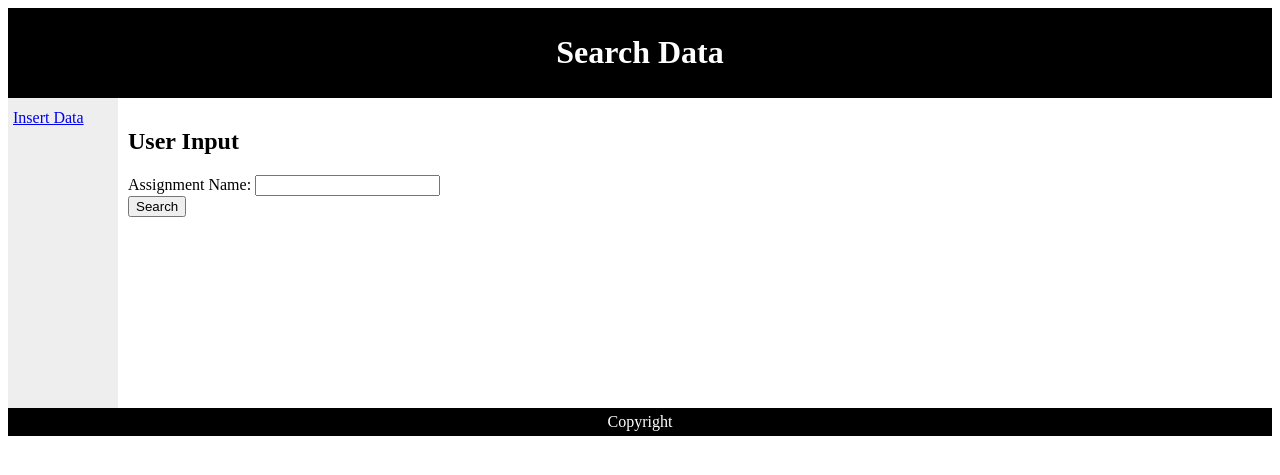
Repository: bpinkelman/Tech-Exercise
Page: planner-pinkelman/WebContent/AssignmentSearch.html
An editor plug-in stored every save of this project. The page is shown before and after the next save, followed by the edit.
The browser window is 1280 px wide. The pictures show the whole page.

Above is the page before, as saved 2020-02-28 00:43:16.

### planner-pinkelman/WebContent/AssignmentSearch.html
<html>
<head>
<style>
header {
    background-color:black;
    color:white;
    text-align:center;
    padding:5px;
}
nav {
    line-height:30px;
    background-color:#eeeeee;
    height:300px;
    width:100px;
    float:left;
    padding:5px;
}
section {
    width:350px;
    float:left;
    padding:10px;
}
footer {
    background-color:black;
    color:white;
    clear:both;
    text-align:center;
    padding:5px;
}
</style>
</head>

<body>
<header>
<h1> Search Data </h1>
</header>

<nav>
<a href="/planner-pinkelman/AssignmentInsert.html">Insert Data</a> <br>
</nav>

<section>
	<h1>User Input</h1>

	<form action="AssignmentSearch" method="POST">

		Assignment Name: <input type="text" name="keyword"> <br />

		<input type="submit" value="Search" />
	</form>

</section>

<footer>
Copyright
</footer>
</body>
</html>

After the next save:
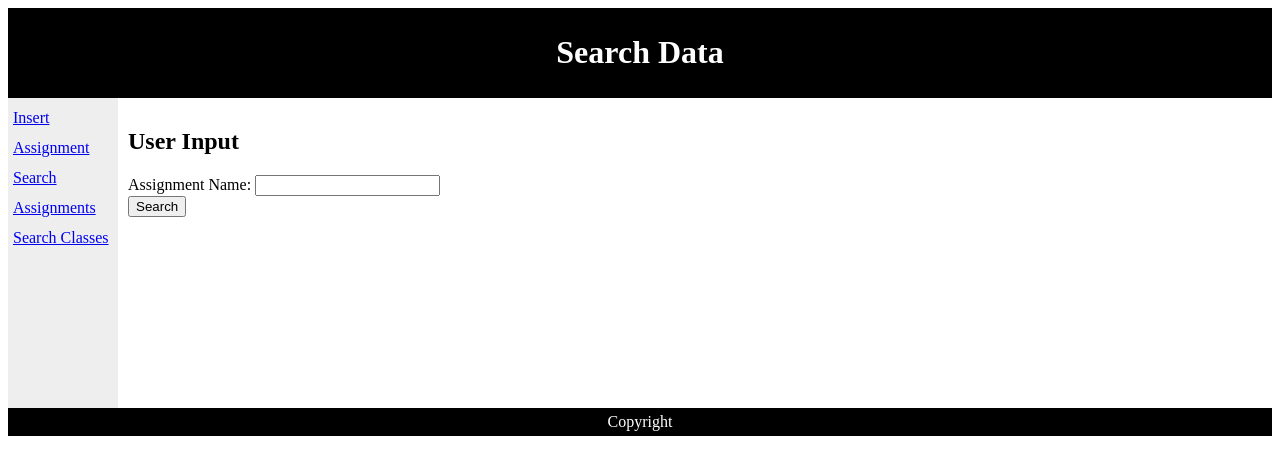
Saved 14 s later.
--- a/planner-pinkelman/WebContent/AssignmentSearch.html
+++ b/planner-pinkelman/WebContent/AssignmentSearch.html
@@ -36,7 +36,9 @@ footer {
 </header>
 
 <nav>
-<a href="/planner-pinkelman/AssignmentInsert.html">Insert Data</a> <br>
+<a href="/planner-pinkelman/AssignmentInsert.html">Insert Assignment</a> <br>
+<a href="/planner-pinkelman/AssignmentSearch.html">Search Assignments</a> <br>
+<a href="/planner-pinkelman/simpleFormSearch.html">Search Classes</a> <br>
 </nav>
 
 <section>
